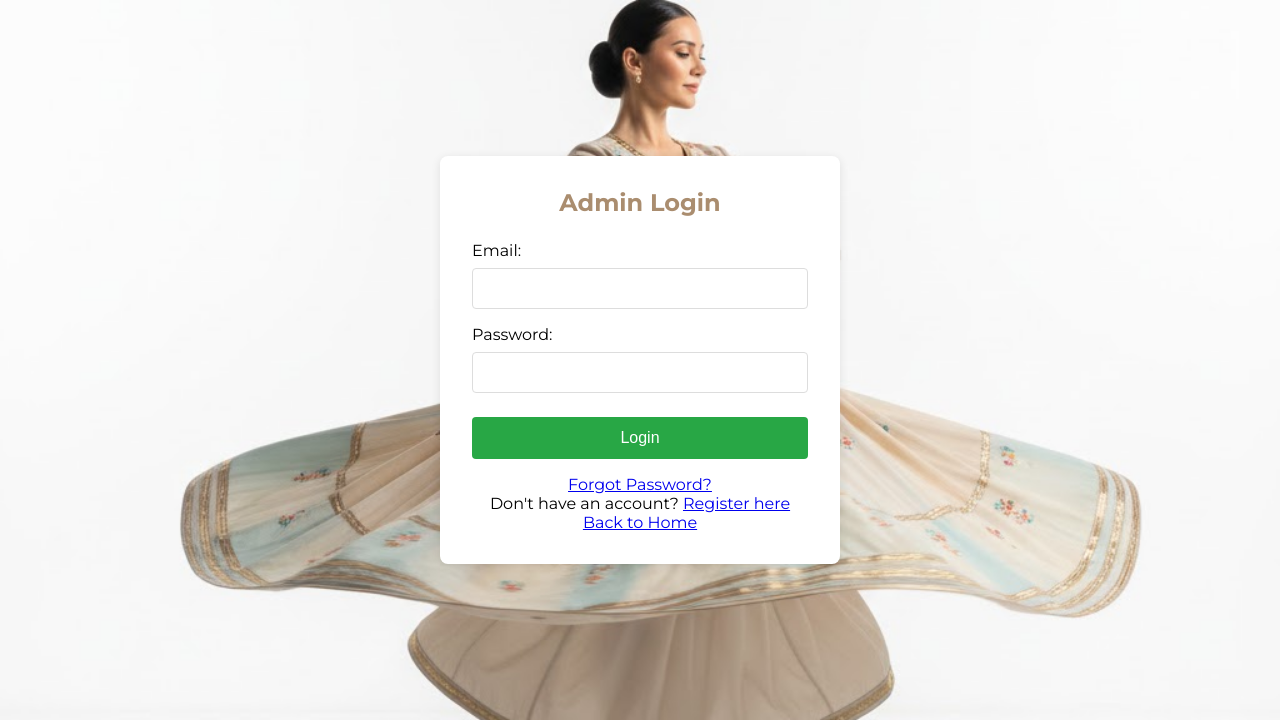
Repository: Priyadharshini-J-CSE/StepSync_Dance_Mangement_System
Page: /admin-login (app in frontend/)
These files come from the project's save history. The page is drawn as it stood at one moment and after the next save; the edit follows.
The browser window is 1280 px wide. The pictures show the whole page.
Some web fonts or font styles are not loaded; a fallback is used. Some web libraries are served in a nearby version. The project was rebuilt for these pictures with package versions that can differ from the ones it lists, and the page was loaded fresh each time. Also part of the build but not shown: frontend/src/index.css, frontend/src/pages/LandingPage.js, frontend/src/components/Alert.js, frontend/src/pages/UserLogin.js, frontend/src/utils/passwordValidation.js, frontend/src/pages/UserRegister.js, frontend/src/pages/AdminRegister.js, frontend/src/pages/ForgotPassword.js and 18 more.

Above is the page before, as saved 2025-12-18 10:01:55.

After the next save:
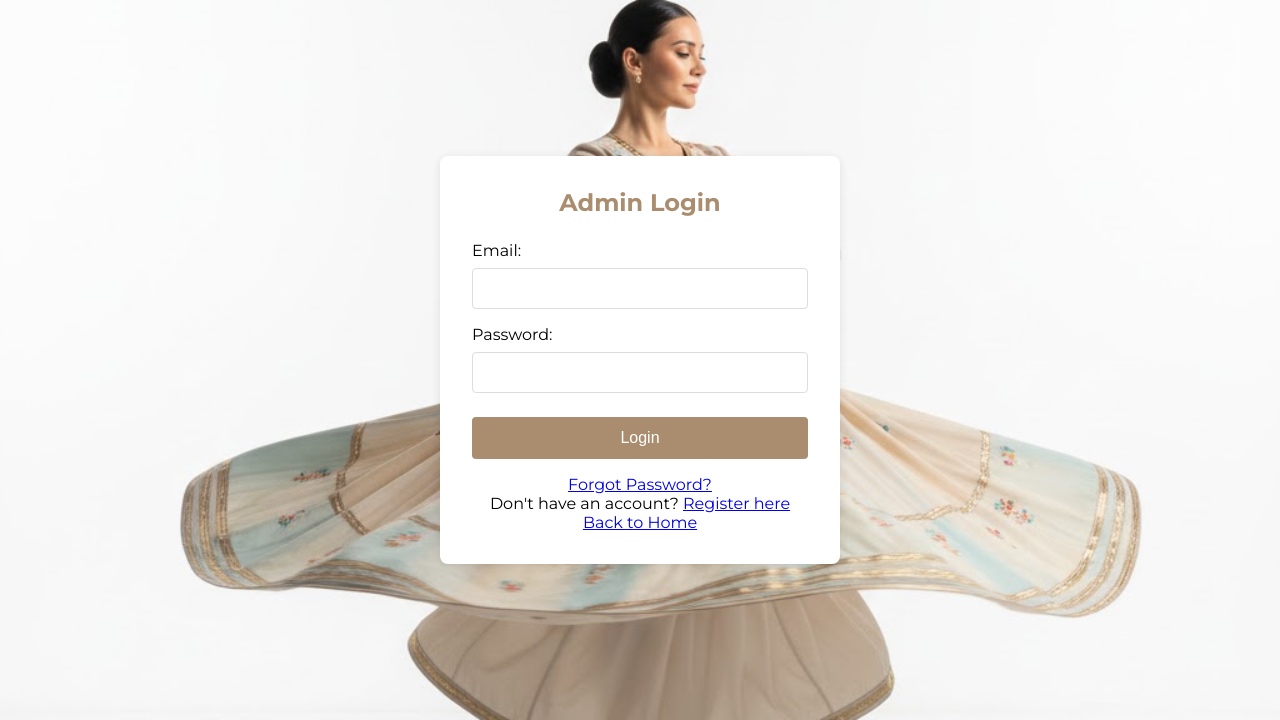
Saved 13 s later.
--- a/frontend/src/pages/AdminLogin.js
+++ b/frontend/src/pages/AdminLogin.js
@@ -90,7 +90,7 @@ const AdminLogin = () => {
           style={{
             width: '100%',
             padding: '0.75rem',
-            backgroundColor: '#28a745',
+            backgroundColor: '#aa8d6f',
             color: 'white',
             border: 'none',
             borderRadius: '4px',
